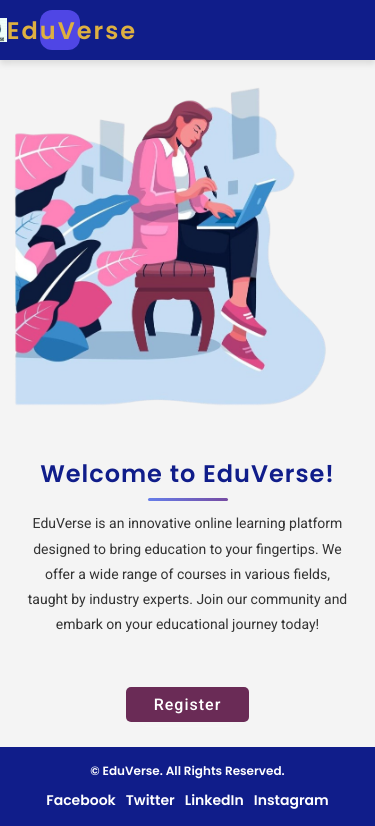
Repository: aviralsaxena16/Eduverse-Elearning-Platform
Page: /
The author's editor kept a copy of each file at every save. The page is drawn from the files as they stood at one save, then again after the next save.
The browser window is 375 px wide. The pictures show the whole page.
The project was rebuilt for these pictures with package versions that can differ from the ones it lists, and the page was loaded fresh each time. Also part of the build but not shown: vite.config.js, src/pages/LoginPage/Logout.css, src/pages/LoginPage/Logout.jsx, src/components/Side/Sidebar.css, src/components/Side/Sidebar.jsx, src/components/Navbar2/Navbar2.jsx, src/pages/MainPage/BotPage.jsx, src/pages/MainPage/MainPage.jsx and 19 more. Imported but missing from the stored project, and not drawn on this page: src/config.js, src/pages/Profile/ProfilePic.

Above is the page before, as saved 2025-03-21 18:13:42.

### index.html
<!doctype html>
<html lang="en">
  <head>
    <meta charset="UTF-8" />
    <link rel="icon" type="image/svg+xml" href="https://files.oaiusercontent.com/file-NUiUzAsg2Rnv5fLjRKBuEV?se=2025-01-03T04%3A50%3A28Z&sp=r&sv=2024-08-04&sr=b&rscc=max-age%3D604800%2C%20immutable%2C%20private&rscd=attachment%3B%20filename%3D9718d2ac-9ef9-426d-92ea-ecf0daa195a5.webp&sig=QLeTMO/ZWDLyk/UBXh9xFU5B15z5Ib/wuNILqFuiQV8%3D" />
    <meta name="viewport" content="width=device-width, initial-scale=1.0" />
    <link href="https://fonts.googleapis.com/css2?family=Poppins:wght@600&family=Roboto:wght@400;500&display=swap" rel="stylesheet">

    <title>EduVerse</title>
  </head>
  <body>
    <div id="root"></div>
    <script type="module" src="/src/main.jsx"></script>
  </body>
</html>

### src/App.jsx
//import LandingPage from './components/landingPage/LandingPage';
import { BrowserRouter } from 'react-router-dom';
import Routers from './routers/Routers.jsx';
import { AuthProvider } from './context/context.jsx';
const App = () => {
  return (
    <AuthProvider>
    <BrowserRouter>
    <Routers/>
    </BrowserRouter>
    </AuthProvider>
  )
}

export default App

### src/routers/Routers.jsx
import { Routes, Route} from 'react-router-dom';
import LandingPage from '../pages/landingPage/LandingPage.jsx';
import MainPage from '../pages/MainPage/MainPage.jsx';
import GamePage from '../pages/MainPage/GamePage.jsx';
import CoursePage from '../pages/MainPage/CoursePage.jsx';
import QuizPage from '../pages/MainPage/QuizPage/QuizPage.jsx';
import NotificationPage from '../pages/MainPage/NotificationPage.jsx';
import Login from '../pages/LoginPage/Login.jsx';
import Signup from '../pages/SignUp/Signup.jsx';
import Ques from '../pages/MainPage/QuizPage/Ques.jsx';
import ChatRoom from '../pages/MainPage/chatroom/ChatRoom.jsx';
import ProtectedRoute from './ProtectedRoute.jsx';
import VideoDetails from '../pages/MainPage/VideoDetails.jsx';
import Logout from '../pages/LoginPage/Logout.jsx';
import Game_H1 from '../pages/Game/Game_H1.jsx';
import Tictac from '../pages/Game/Tictac.jsx';
import Profile from '../pages/MainPage/Profile.jsx';
const Routers = () => {
  return (
    <Routes>
    <Route path="/" element={<LandingPage />} />
    <Route path="/login" element={<Login />} />
    <Route path="/register" element={<Signup />} />

    {/* Main Routes */}
    <Route path="/home" element={
          <ProtectedRoute>
            <MainPage />
          </ProtectedRoute>
        } />
    <Route path="/home/notification" element={
          <ProtectedRoute>
            <NotificationPage />
          </ProtectedRoute>
        } />
    <Route path="/home/course" element={
          <ProtectedRoute>
            <CoursePage />
          </ProtectedRoute>
        } />

<Route path="/home/course/video/:videoId" element={
          <ProtectedRoute>
            <VideoDetails />
          </ProtectedRoute>
        } />
    <Route path="/home/chat" element={
          <ProtectedRoute>
            <ChatRoom />
          </ProtectedRoute>
        } />
    <Route path="/home/quiz" element={
          <ProtectedRoute>
            <QuizPage />
          </ProtectedRoute>
        } />
    <Route path="/quiz/:id" element={
          <ProtectedRoute>
            <Ques />
          </ProtectedRoute>
        } />

<Route path="/logout" element={
          <ProtectedRoute>
            <Logout />
          </ProtectedRoute>
        } />
<Route path="/home/games" element={
          <ProtectedRoute>
            <GamePage />
          </ProtectedRoute>
        } />
      <Route path="/home/games/rock-paper-scissors" element={
          <ProtectedRoute>
            <Game_H1 />
          </ProtectedRoute>
        } />

<Route path="/home/games/tictac" element={
          <ProtectedRoute>
            <Tictac />
          </ProtectedRoute>
        } />
        <Route path="/home/profile" element={
          <ProtectedRoute>
           <Profile/>
          </ProtectedRoute>
        } />
  </Routes>


  );
};

export default Routers;

### src/context/context.jsx
import { createContext, useState, useContext } from 'react';

const AuthContext = createContext(null);

export const AuthProvider = ({ children }) => {
  const [isAuthenticated, setIsAuthenticated] = useState(false);

  const login = () => setIsAuthenticated(true);
  const logout = () => setIsAuthenticated(false);

  return (
    <AuthContext.Provider value={{ isAuthenticated, login, logout }}>
      {children}
    </AuthContext.Provider>
  );
};

export const useAuth = () => useContext(AuthContext);

### src/pages/landingPage/LandingPage.jsx

import Navbar from "./Navbar";
import Body from "./Body";
import Footer from "./Footer";

const LandingPage = () => {
  return (
    <div className="landing-page">
      <Navbar/>
      <Body/>
      <Footer/>
    </div>
  );
};

export default LandingPage;

### src/pages/landingPage/Navbar.jsx

import { NavLink } from "react-router-dom";
import "./Navbar.css";
import logo from '../../assets/Logo.png'

const Navbar = () => {
  return (
    <nav className="navbar">
      <div className="logo">
        <img src={logo} className="img"/>
          EduVerse</div>
      <ul className="nav-links">
        <li>
          <NavLink to="/login" className="nav-link" activeClassName="active">
            Login
          </NavLink>
        </li>
        <li>
          <NavLink to="/register" className="nav-link" activeClassName="active">
            Register
          </NavLink>
        </li>
      </ul>
    </nav>


  );
};

export default Navbar;

### src/pages/landingPage/Body.jsx

import { NavLink } from "react-router-dom";
import "./Body.css";

import cover from "../../assets/no_bg.png"; // Import the cover image
const Body = () => {
  return (
    <div className="body-section">
      <div className="image-section">
        {/* Use the imported cover image */}
        <img src={cover} alt="Cover" className="cover-image" />
      </div>
      <div className="intro">
        <h1>Welcome to EduVerse!</h1>
        <p>

          EduVerse is an innovative online learning platform designed to bring education to your fingertips. We offer a wide range of courses in various fields, taught by industry experts.  Join our community and embark on your educational journey today!
        </p>
        <button className="sign-in-btn"> <NavLink to="/register" className="nav-link" activeClassName="active">
            Register
          </NavLink></button>

      </div>
    </div>
  );
};

export default Body;

### src/pages/landingPage/Footer.jsx
import "./Footer.css";

const Footer = () => {
  return (
    <footer className="footer">
      <div className="footer-content">
        <p className="footer-text">© EduVerse. All Rights Reserved.</p>
        <span className="social-links">
          <a href="https://www.facebook.com" className="social-icon" target="_blank" rel="noopener noreferrer">Facebook</a>
          <a href="https://twitter.com" className="social-icon" target="_blank" rel="noopener noreferrer">Twitter</a>
          <a href="https://www.linkedin.com" className="social-icon" target="_blank" rel="noopener noreferrer">LinkedIn</a>
          <a href="https://www.instagram.com" className="social-icon" target="_blank" rel="noopener noreferrer">Instagram</a>
        </span>
      </div>
    </footer>
  );
};

export default Footer;

### src/pages/MainPage/QuizPage/quiz.css
.quiz-page {
  display: grid;
  grid-template-columns: repeat(auto-fill, minmax(280px, 1fr));
  gap: 2rem;
  padding: 2rem;
  max-width: 1600px;
  margin: 0 auto;
}


h1 {
  text-align: center;
  margin: 2rem 0;
  color: #2d3748;
  font-size: 2.5rem;
  font-weight: 700;
  position: relative;
}

h1::after {
  content: '';
  position: absolute;
  bottom: -10px;
  left: 50%;
  transform: translateX(-50%);
  width: 100px;
  height: 4px;
  background: linear-gradient(90deg, #667eea, #764ba2);
  border-radius: 2px;
}

.cardd {
  border-radius: 12px;
  overflow: hidden;
  box-shadow: 0 10px 20px rgba(0,0,0,0.1);
  transition: all 0.3s ease;
  cursor: pointer;
  position: relative;
  height: 250px;
}

.cardd:hover {
  transform: translateY(-10px);
  box-shadow: 0 15px 30px rgba(0,0,0,0.2);
}

.cardd::before {
  content: '';
  position: absolute;
  inset: 0;
  background: linear-gradient(to top, rgba(0,0,0,0.8) 0%, rgba(0,0,0,0) 60%);
  z-index: 1;
  opacity: 0.8;
  transition: opacity 0.3s ease;
}

.cardd:hover::before {
  opacity: 0.9;
}

/* Media Queries for Different Screen Sizes */
@media (max-width: 1200px) {
  .quiz-page {
    grid-template-columns: repeat(auto-fill, minmax(250px, 1fr));
    padding: 1.5rem;
  }
}

@media (max-width: 768px) {
  .quiz-page {
    grid-template-columns: repeat(auto-fill, minmax(220px, 1fr));
    gap: 1.5rem;
    padding: 1rem;
  }

  h1 {
    font-size: 2rem;
    margin: 1.5rem 0;
  }
}

@media (max-width: 480px) {
  .quiz-page {
    grid-template-columns: 1fr;
    gap: 1.2rem;
  }

  .cardd {
    height: 200px;
  }

  h1 {
    font-size: 1.8rem;
    margin: 1rem 0;
  }

  h1::after {
    width: 80px;
    height: 3px;
  }
}

/* Additional Styles for Your Card Component */
/* These would integrate with your Card component */
.card-title {
  position: absolute;
  bottom: 20px;
  left: 20px;
  color: white;
  font-size: 1.4rem;
  font-weight: 600;
  z-index: 2;
  transition: transform 0.3s ease;
}

.cardd:hover .card-title {
  transform: translateY(-5px);
}

.card-image {
  width: 100%;
  height: 100%;
  object-fit: cover;
  transition: transform 0.5s ease;
}

.cardd:hover .card-image {
  transform: scale(1.1);
}

### src/pages/Game/Game_H1.css
/* General Styling */
body {
    font-family: Arial, sans-serif;
    background-color: #f0f8f8;
    margin: 0;
    padding: 0;
  }

  /* Game Container */
  .game-container {
    min-height: 100vh;
          display: flex;
          flex-direction: column;
          align-items: center;
          background: #0f0c29;
          position: relative;
          overflow: hidden;
          padding: 40px 20px;
          text-align: center;
          font-family: 'Poppins', sans-serif;
  }

  /* Title */
  .game-title {
    color: #101d8a;
    font-size: 24px;
    font-weight: bold;
    margin-bottom: 20px;
  }

  /* Choices */
  .choices-container {
    display: flex;
    justify-content: center;
    gap: 15px;
    margin-bottom: 20px;
  }
  .choice-button { background: white; border: 2px solid #ddd; width: 200px; height: 200px; display: flex; justify-content: center; align-items: center; cursor: pointer; transition: all 0.3s ease; padding: 1rem; }

.choice-button:hover { transform: scale(1.1); border-color: #007bff; box-shadow: 0 6px 12px rgba(0, 0, 0, 0.1); }

.choice-image { width: 100%; height: 100%; }

.score-container { display: flex; justify-content: center; gap: 4rem; margin-bottom: 2rem; }



.score {
  text-align: center;
  padding: 1rem 2rem;
  border-radius: 8px;
  background-color: white;
  box-shadow: 0 2px 4px rgba(0, 0, 0, 0.1);
}

.score p:first-child {
  font-size: 2.5rem;
  font-weight: bold;
  margin: 0;
  color: #007bff;
}

.score p:last-child {
  margin: 0;
  color: #555;
  font-weight: bold;
}

.message-container {
  padding: 1rem;
  background-color: white;
  border-radius: 8px;
  box-shadow: 0 2px 4px rgba(0, 0, 0, 0.1);
}

.message-container p {
  font-size: 1.2rem;
  color: #333;
  margin: 0;
  font-weight: 500;
}

### src/pages/MainPage/Profile.css
:root {
  --primary-blue: #101d8a;
  --secondary-blue: #1a2ba3;
  --light-blue: #f0f2ff;
  --text-dark: #1a1a2e;
  --text-light: #4a4a68;
  --border-radius: 12px;
  --box-shadow: 0 10px 25px rgba(16, 29, 138, 0.15);
}

.profile-page-container {
  margin: auto;
  width: 60vw;
  max-width: 900px;
  background: white;
  border-radius: var(--border-radius);
  box-shadow: var(--box-shadow);
  padding: 2rem;
  text-align: center;
}

/* HEADER SECTION */
.profile-header {
  display: flex;
  align-items: center;
  justify-content: space-between;
  background: linear-gradient(135deg, var(--primary-blue), var(--secondary-blue));
  color: white;
  padding: 2rem;
  border-radius: var(--border-radius);
  text-align: left;
  position: relative;
}

.profile-info {
  display: flex;
  align-items: center;
  gap: 1rem;
}

/* PROFILE PICTURE */

/* PROFILE INFO CONTAINER */
.profile-info {
  display: flex;
  align-items: center;
  gap: 1.5rem; /* Adjusted spacing */
}


/* USER DETAILS */
.user-details {
  display: flex;
  flex-direction: column;
}

.user-details h2 {
  margin: 0;
  font-size: 1.8rem;
}

.email-link a {
  color: yellow;
  font-size: 1rem;
  text-decoration: none;
}

.email-link a:hover {
  text-decoration: underline;
}

/* PROFILE DETAILS SECTION */
.profile-details {
  margin-top: 2rem;
  text-align: left;
}

.profile-details label {
  font-weight: bold;
  display: block;
  margin-bottom: 0.3rem;
}

.profile-details p {
  background: var(--light-blue);
  padding: 0.7rem;
  border-radius: 8px;
}

/* BUTTON STYLING */
.button-container {
  display: flex;
  gap: 15px; /* Adjust spacing between buttons */
}

.edit-button,
.save-button {
  margin-top: 1rem;
  background-color: var(--primary-blue);
  color: white;
  border: none;
  padding: 0.6rem 1.5rem;
  border-radius: 8px;
  cursor: pointer;
  transition: all 0.3s ease;
}

.edit-button:hover,
.save-button:hover {
  background-color: var(--secondary-blue);
  transform: translateY(-2px);
}

### src/pages/landingPage/Navbar.css
/* Navbar.css */
.navbar {
  display: flex;
  justify-content: space-between;
  align-items: center;
  padding: 15px 30px;
  background-color: #101d8a;
  color: white;
  box-shadow: 0 4px 6px rgba(0, 0, 0, 0.1);
  position: relative;
  width: 100%;
}

/* Logo */
.navbar .logo {
  font-family: 'Poppins', sans-serif;
  font-size: 35px;
  font-weight: 600;
  color: #DEB041;
  letter-spacing: 2px;
  margin-left: 20px;
}

/* Navigation Links */
.nav-links {
  list-style: none;
  display: flex;
  gap: 20px;
  align-items: center;
}

/* Individual Nav Links */
.nav-link {
  text-decoration: none;
  color: white;
  font-family: 'Roboto', sans-serif;
  font-size: 20px;
  font-weight: 500;
  padding: 10px 20px;
  border-radius: 5px;
  transition: background-color 0.3s ease;
  letter-spacing: 1px;
}

.nav-link:hover {
  background-color: #6A2B56;
}

/* Login & Register Buttons */
.auth-buttons {
  display: flex;
  gap: 10px;
}

.auth-button {
  text-decoration: none;
  font-family: 'Roboto', sans-serif;
  font-size: 18px;
  font-weight: 500;
  padding: 10px 15px;
  border-radius: 5px;
  transition: background-color 0.3s ease;
  text-align: center;
  min-width: 100px;
}

.login {
  background-color: #DEB041;
  color: #101d8a;
}

.register {
  background-color: #6A2B56;
  color: white;
}

.login:hover {
  background-color: #c79836;
}

.register:hover {
  background-color: #4e1f41;
}

/* Mobile Menu Toggle */
.menu-toggle {
  display: none;
  font-size: 30px;
  cursor: pointer;
  color: white;
  background: none;
  border: none;
}

/* Responsive Design */
@media (max-width: 1024px) {
  .nav-link {
    font-size: 18px;
    padding: 8px 16px;
  }
}

@media (max-width: 768px) {
  .menu-toggle {
    display: block;
  }

  .nav-links {
    display: none;
    flex-direction: column;
    position: absolute;
    top: 70px;
    right: 0;
    width: 100%;
    background-color: #101d8a;
    text-align: center;
    gap: 0;
    box-shadow: 0 4px 6px rgba(0, 0, 0, 0.1);
    padding: 10px 0;
  }

  .nav-links.active {
    display: flex;
  }

  .nav-link {
    width: 100%;
    text-align: center;
    font-size: 18px;
    padding: 15px;
    border-bottom: 1px solid rgba(255, 255, 255, 0.2);
  }

  /* Ensure Login and Register buttons are visible in mobile menu */
  .auth-buttons {
    display: flex;
    flex-direction: column;
    width: 100%;
    padding: 10px;
    align-items: center;
  }

  .auth-button {
    font-size: 18px;
    padding: 12px;
    width: 80%;
    text-align: center;
  }

  .auth-button:last-child {
    margin-top: 5px;
  }
}

@media (max-width: 480px) {
  .navbar {
    padding: 10px 20px;
  }

  .navbar .logo {
    font-size: 24px;
  }

  .nav-link {
    font-size: 16px;
    padding: 12px;
  }

  .auth-button {
    font-size: 16px;
    padding: 10px;
    width: 90%;
  }
}

### src/pages/landingPage/Body.css
/* Body.css */
.body-section {
  display: flex;
  flex-direction: row;
  justify-content: space-between;
  align-items: center;

  background-color: #f4f4f4;
  padding: 0; /* Remove extra padding from body */
  margin: 0; /* Remove margin */
}

.image-section {
  flex: 0.8;
  display: flex;
  align-items: flex-start;
  margin: 0; /* Remove any margin */
  padding: 0; /* Remove padding */
}

.cover-image {
  width: 100%;
  height: auto;
  margin: 0; /* Remove margin */
  padding: 0; /* Remove padding */

}

.cover-image::after {
  content: "";
  position: absolute;
  top: 0;
  left: 0;
  right: 0;
  bottom: 0;
  background: rgba(0, 0, 0, 0.4); /* Dark overlay for better text readability */
  border-radius: 10px;
}

.intro {
  flex: 1;
  padding: 20px;
  text-align: left;
  z-index: 10;
  display: flex;
  flex-direction: column;
  justify-content: center;
  align-items: center;
}

.intro h1 {
  font-family: 'Poppins', sans-serif;
  font-size: 40px;
  font-weight: 600;
  color: #101d8a;
  letter-spacing: 1px;
  margin-bottom: 20px;
}

.intro p {
  font-family: 'Roboto', sans-serif;
  font-size: 18px;
  color: #333;
  line-height: 1.8;
  margin-bottom: 40px;
  text-align: center; /* Center the text */
}

.sign-in-btn {
  padding: 15px 30px;
  background-color: #6A2B56; /* Purple button */
  color: white;
  border: none;
  border-radius: 5px;
  font-family: 'Roboto', sans-serif;
  font-size: 18px;
  cursor: pointer;
  transition: all 0.3s ease;
  letter-spacing: 1px;
  margin-top: 20px; /* Space above the button */
}

.sign-in-btn:hover {
  background-color: #DEB041; /* Gold hover effect */
  transform: scale(1.05);
  box-shadow: 0 4px 8px rgba(0, 0, 0, 0.2);
}

.sign-in-btn .nav-link {
  color: white;
  text-decoration: none;
}

.sign-in-btn .nav-link:hover {
  color: white;
}
@media (max-width: 1024px) {
  .body-section {
    flex-direction: column;
    align-items: center;
    text-align: center;
  }

  .image-section {
    flex: 1;
    justify-content: center;
  }

  .intro {
    flex: 1;
    padding: 15px;
    text-align: center;
  }

  .intro h1 {
    font-size: 35px;
  }

  .intro p {
    font-size: 16px;
  }

  .sign-in-btn {
    font-size: 16px;
    padding: 12px 25px;
  }
}

@media (max-width: 768px) {
  .intro h1 {
    font-size: 28px;
  }

  .intro p {
    font-size: 14px;
    margin-bottom: 30px;
  }

  .sign-in-btn {
    font-size: 14px;
    padding: 10px 20px;
  }
}

@media (max-width: 480px) {
  .body-section {
    flex-direction: column;
    padding: 10px;
  }

  .intro h1 {
    font-size: 24px;
  }

  .intro p {
    font-size: 14px;
  }

  .sign-in-btn {
    font-size: 14px;
    padding: 8px 16px;
  }
}

### src/pages/landingPage/Footer.css
/* Footer.css */
.footer {
  background-color: #101d8a; /* Teal background */
  color: white;

  text-align: center;
}

.footer-text {
  font-size: 16px;
  font-weight: 400;
  margin-bottom: 20px;
}

.social-links {
  display: flex;
  justify-content: center;
  gap: 15px;
}

.social-icon {
  color: white;
  font-size: 18px;
  text-decoration: none;
  transition: color 0.3s ease;
}

.social-icon:hover {
  color: #DEB041; /* Gold color on hover */
}

@media (max-width: 768px) {
  .footer-text {
    font-size: 14px;
    margin-bottom: 15px;
  }

  .social-links {
    gap: 10px;
  }

  .social-icon {
    font-size: 16px;
  }
}

@media (max-width: 480px) {
  .footer {
    padding: 15px;
  }

  .footer-text {
    font-size: 12px;
    margin-bottom: 10px;
  }

  .social-icon {
    font-size: 14px;
  }
}

### src/components/Navbar2/Navbar2.css
/* Navbar2.css */

body {
  margin: 0;
  font-family: 'Poppins', sans-serif;
}

nav {
  background:  #101d8a; /* Solid teal background */
  color: white;
  padding: 10px 20px;
  box-shadow: 0 4px 8px rgba(0, 0, 0, 0.2);
  position: sticky;
  top: 0;
  z-index: 1000;
}

.Nav2 {
  display: flex;
  align-items: center;
  justify-content: space-between;
  list-style: none;
  margin: 0;
  padding: 0;
}

.Nav2 li {
  display: inline-flex;
  align-items: center;
  justify-content: center;
  color: white;
  cursor: pointer;
  font-size: 24px;
  /* padding: 10px; */
  transition: all 0.3s ease;
}

.Nav2 li:hover {
  color: #DEB041; /* Gold hover effect */
}

.bars {
  font-size: 26px;
  margin-right: 85vw;
}

.search-container {
  display: flex;
  align-items: center;
  flex-grow: 1;
  margin: 0 20px;
}

.search-icon {
  font-size: 20px;
  color: white;
  margin-right: 8px;
}

.search-bar {
  width: 100%;
  max-width: 300px;
  padding: 8px 12px;
  font-size: 16px;
  border: 1px solid transparent;
  border-radius: 20px;
  background: rgba(255, 255, 255, 0.1);
  color: white;
  outline: none;
  transition: background 0.3s ease, box-shadow 0.3s ease;
}

.search-bar::placeholder {
  color: rgba(255, 255, 255, 0.6);
}

.search-bar:focus {
  background: white;
  color: #333;
  box-shadow: 0 0 8px rgba(255, 255, 255, 0.6);
}

.home, .profile {
  font-size: 26px;
}

.home{
  margin-right:0px;
}

@media screen and (max-width: 768px) {
  nav {
    background: #101d8a;
    color: white;
    padding: 10px 20px;
    box-shadow: 0 4px 8px rgba(0, 0, 0, 0.2);
    position: sticky;
    top: 0;
    z-index: 1000;
    width: 100%;
    box-sizing: border-box;
  }

  .Nav2 {
    flex-direction: row;
    gap: 5px;
    justify-content: space-between;
    width: 100%;
  }

  .search-container {
    flex-grow: 1;
    width: auto;
    margin: 0 10px;
  }

  .search-bar {
    max-width: 150px;
  }

  .bars {
    font-size: 20px;
    margin-right: 0;
  }

  .home, .profile {
    font-size: 20px;
    display: flex;
  }
}
/* Add a smaller breakpoint for very small screens */
@media screen and (max-width: 480px) {
  .search-bar {
    max-width: 120px;
  }

  .bars,
  .home,
  .profile {
    font-size: 18px;
  }
}

Loaded but not shown: src/main.jsx (common file); src/pages/LoginPage/Login.css (390 lines, source omitted); src/pages/MainPage/QuizPage/quiz_ques.css (227 lines, source omitted); src/index.css (no stored copy; drawn as an empty file)

After the next save:
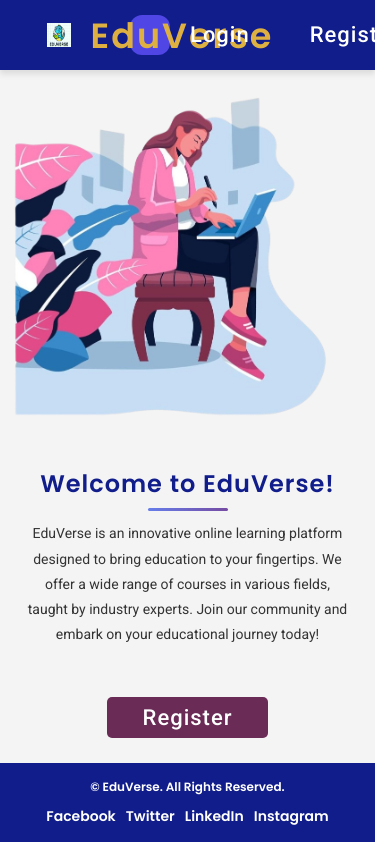
Saved 108 s later.
--- a/src/pages/landingPage/Navbar.css
+++ b/src/pages/landingPage/Navbar.css
@@ -4,37 +4,35 @@
   justify-content: space-between;
   align-items: center;
   padding: 15px 30px;
-  background-color: #101d8a;
+  background-color: #101d8a; /* Teal background */
   color: white;
   box-shadow: 0 4px 6px rgba(0, 0, 0, 0.1);
-  position: relative;
-  width: 100%;
 }
 
-/* Logo */
+.img{
+  margin-left:20px;
+  margin-right:20px;
+}
 .navbar .logo {
+  margin-left: 100px;
   font-family: 'Poppins', sans-serif;
   font-size: 35px;
   font-weight: 600;
-  color: #DEB041;
+  color: #DEB041; /* Gold color for logo */
   letter-spacing: 2px;
-  margin-left: 20px;
 }
 
-/* Navigation Links */
 .nav-links {
   list-style: none;
   display: flex;
   gap: 20px;
-  align-items: center;
 }
 
-/* Individual Nav Links */
 .nav-link {
   text-decoration: none;
   color: white;
   font-family: 'Roboto', sans-serif;
-  font-size: 20px;
+  font-size: 22px;
   font-weight: 500;
   padding: 10px 20px;
   border-radius: 5px;
@@ -43,132 +41,9 @@
 }
 
 .nav-link:hover {
-  background-color: #6A2B56;
+  background-color: #6A2B56; /* Purple hover effect */
 }
 
-/* Login & Register Buttons */
-.auth-buttons {
-  display: flex;
-  gap: 10px;
+.active {
+  background-color: #DEB041; /* Gold active link color */
 }
-
-.auth-button {
-  text-decoration: none;
-  font-family: 'Roboto', sans-serif;
-  font-size: 18px;
-  font-weight: 500;
-  padding: 10px 15px;
-  border-radius: 5px;
-  transition: background-color 0.3s ease;
-  text-align: center;
-  min-width: 100px;
-}
-
-.login {
-  background-color: #DEB041;
-  color: #101d8a;
-}
-
-.register {
-  background-color: #6A2B56;
-  color: white;
-}
-
-.login:hover {
-  background-color: #c79836;
-}
-
-.register:hover {
-  background-color: #4e1f41;
-}
-
-/* Mobile Menu Toggle */
-.menu-toggle {
-  display: none;
-  font-size: 30px;
-  cursor: pointer;
-  color: white;
-  background: none;
-  border: none;
-}
-
-/* Responsive Design */
-@media (max-width: 1024px) {
-  .nav-link {
-    font-size: 18px;
-    padding: 8px 16px;
-  }
-}
-
-@media (max-width: 768px) {
-  .menu-toggle {
-    display: block;
-  }
-
-  .nav-links {
-    display: none;
-    flex-direction: column;
-    position: absolute;
-    top: 70px;
-    right: 0;
-    width: 100%;
-    background-color: #101d8a;
-    text-align: center;
-    gap: 0;
-    box-shadow: 0 4px 6px rgba(0, 0, 0, 0.1);
-    padding: 10px 0;
-  }
-
-  .nav-links.active {
-    display: flex;
-  }
-
-  .nav-link {
-    width: 100%;
-    text-align: center;
-    font-size: 18px;
-    padding: 15px;
-    border-bottom: 1px solid rgba(255, 255, 255, 0.2);
-  }
-
-  /* Ensure Login and Register buttons are visible in mobile menu */
-  .auth-buttons {
-    display: flex;
-    flex-direction: column;
-    width: 100%;
-    padding: 10px;
-    align-items: center;
-  }
-
-  .auth-button {
-    font-size: 18px;
-    padding: 12px;
-    width: 80%;
-    text-align: center;
-  }
-
-  .auth-button:last-child {
-    margin-top: 5px;
-  }
-}
-
-@media (max-width: 480px) {
-  .navbar {
-    padding: 10px 20px;
-  }
-
-  .navbar .logo {
-    font-size: 24px;
-  }
-
-  .nav-link {
-    font-size: 16px;
-    padding: 12px;
-  }
-
-  .auth-button {
-    font-size: 16px;
-    padding: 10px;
-    width: 90%;
-  }
-}
